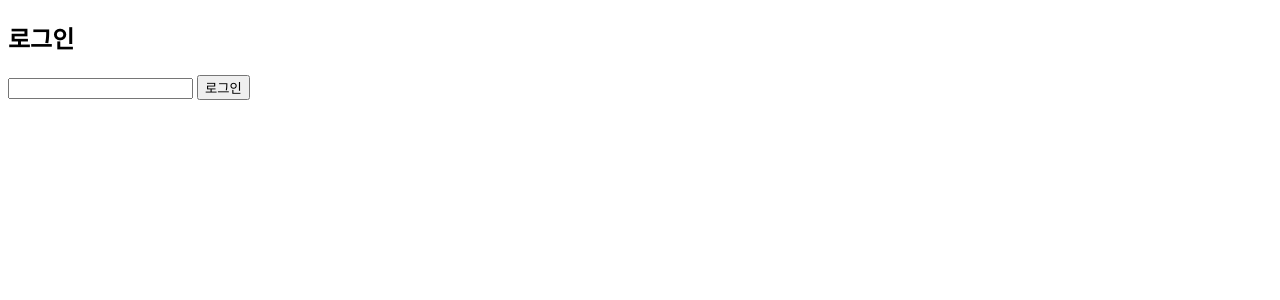
Repository: taiseidesu97/space_jspworks
Page: http://localhost/jweb0/cart/loginForm.jsp
These files come from the project's save history. The page is drawn as it stood at one moment and after the next save; the edit follows.
The browser window is 1280 px wide. The pictures show the whole page.
The page is served by Tomcat 10.

Above is the page before, as saved 2025-10-13 03:04:14.

After the next save:
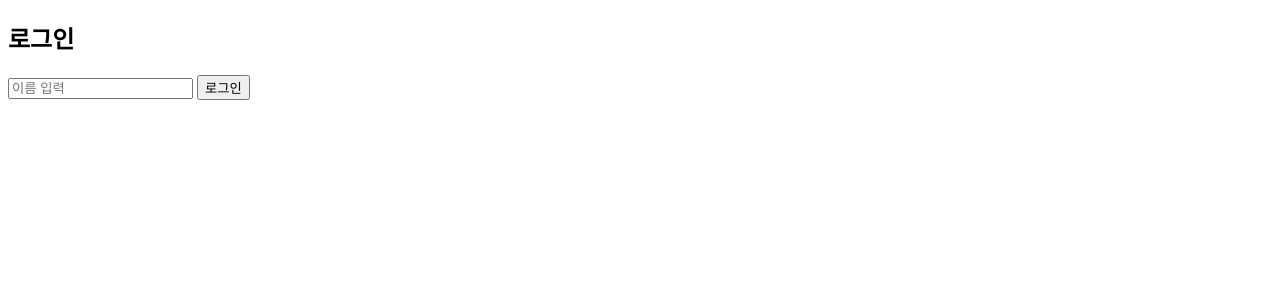
Saved 74 s later.
--- a/jweb0/src/main/webapp/cart/loginForm.jsp
+++ b/jweb0/src/main/webapp/cart/loginForm.jsp
@@ -7,12 +7,15 @@
 <title>로그인 폼</title>
 </head>
 <body>
+<section id="container">
 <h2>로그인</h2>
 <form action="selProduct.jsp" method="post">
-<p><input type="text" name="username">
+<p>
+<input type="text" name="username" placeholder="이름 입력">
 <input type="submit" value="로그인">
 </p>
 </form>
+</section>
 
 </body>
 </html>
